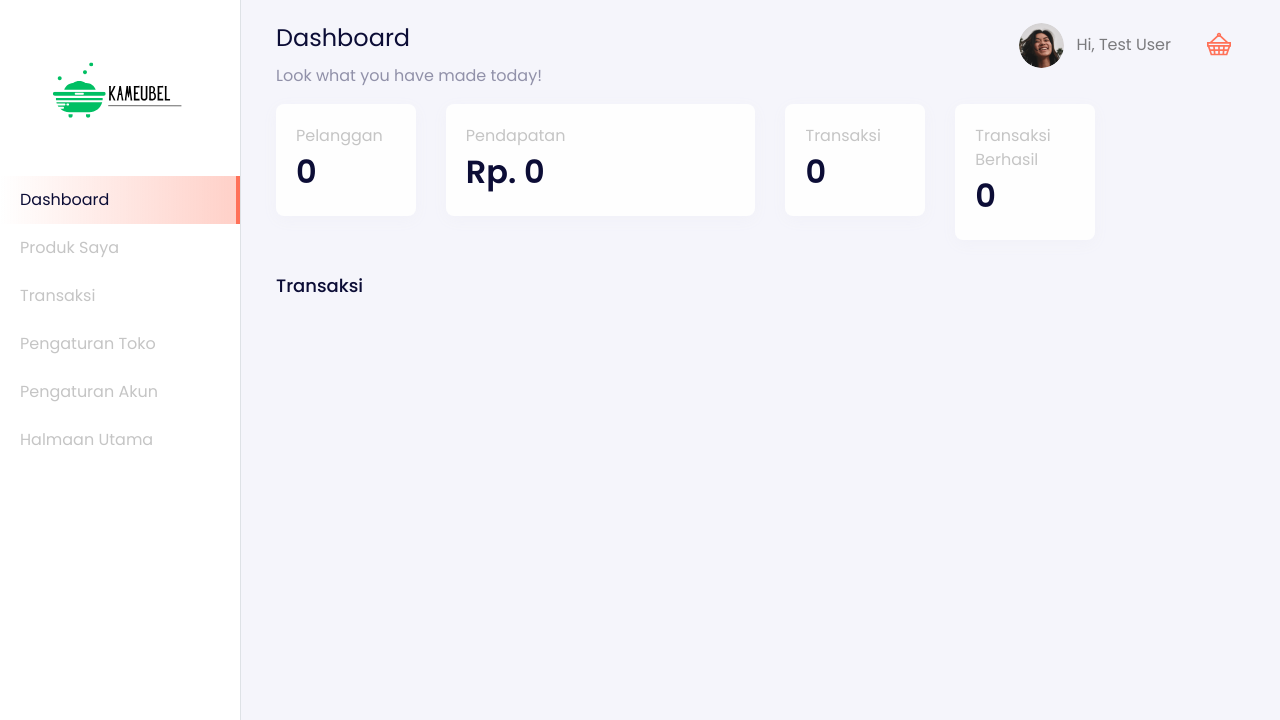
Repository: asyrofuddien/Meubel_Store
Page: http://localhost/dashboard
These files come from the project's save history. The page is drawn as it stood at one moment and after a run of saves; the edit follows.
The browser window is 1280 px wide. The pictures show the whole page.
The page is served by the project's Laravel application, run on PHP 8.4 with Laravel 8. A made-up administrator, Test User (test@example.com), is signed in. Queries for data that is not in the repository find no rows.

Above is the page before, as saved 2023-08-08 11:04:20.

After the next 2 saves:
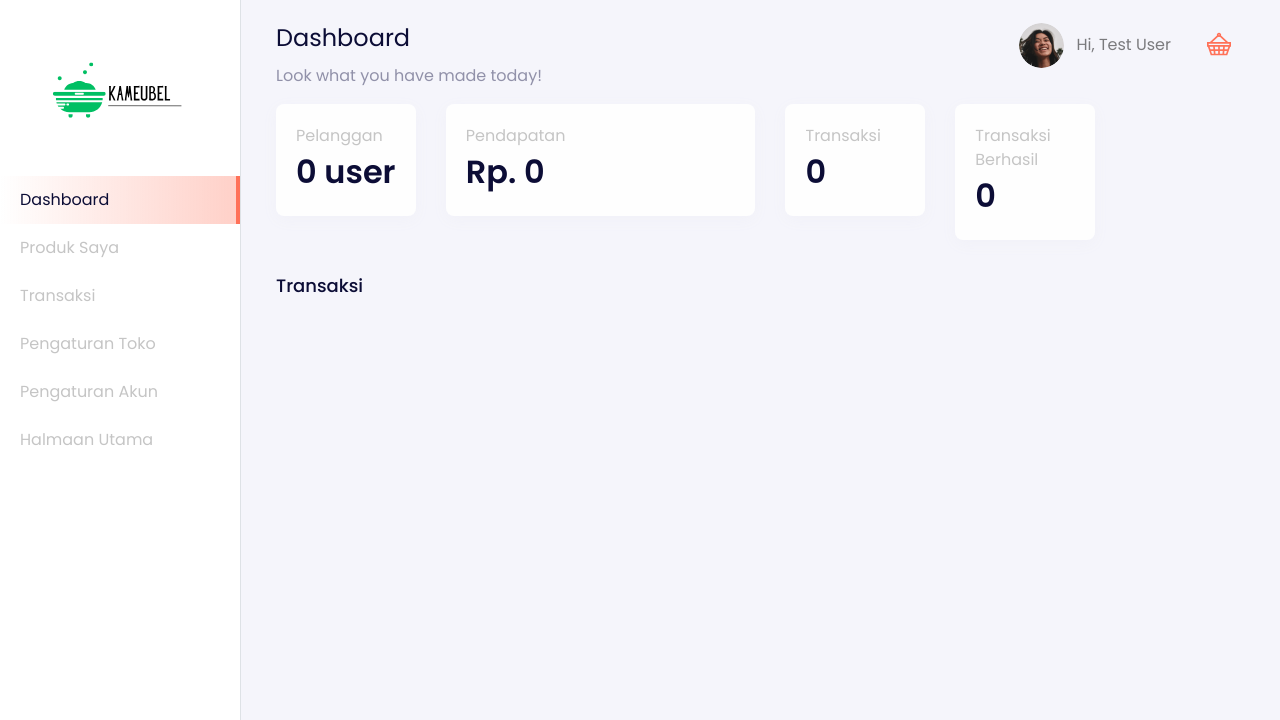
The 2 saves are shown as one change because they came seconds apart.
The last was saved 47 s later.
--- a/resources/views/pages/dashboard.blade.php
+++ b/resources/views/pages/dashboard.blade.php
@@ -17,10 +17,10 @@
             <div class="dashboard-content">
                 <div class="row">
                 <div class="col-md-2">
-                    <div class="card mb-2">
+                    <div class="card mb-4">
                     <div class="card-body">
                         <div class="dashboard-card-title">Pelanggan</div>
-                        <div class="dashboard-card-subtitle">{{ number_format($customer) }}</div>
+                        <div class="dashboard-card-subtitle">{{ number_format($customer) }} user</div>
                     </div>
                     </div>
                 </div>
